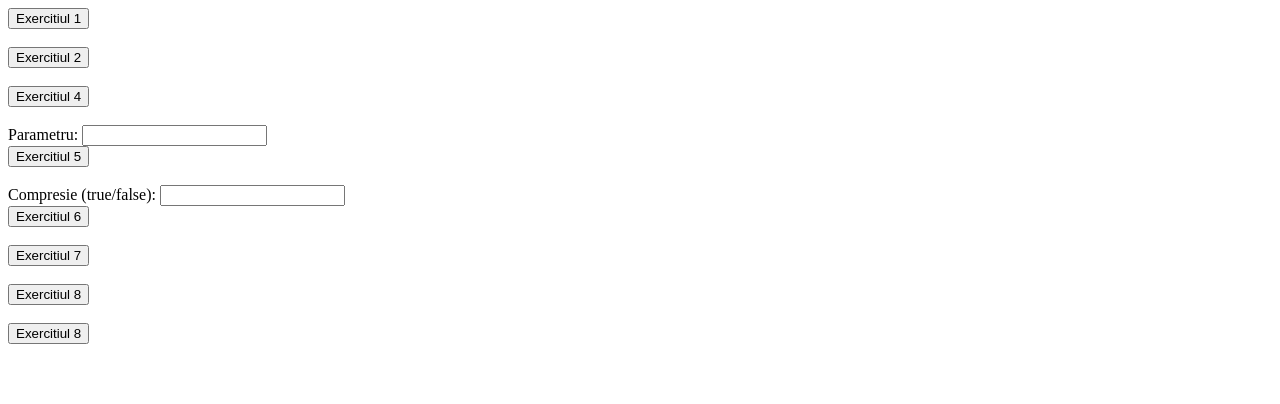
Repository: vladutbutnaru/DentalClinicManagementTool
Page: Laborator/WebContent/index.html
The author's editor kept a copy of each file at every save. The page is drawn from the files as they stood at one save, then again after the next save.
The browser window is 1280 px wide. The pictures show the whole page.

Above is the page before, as saved 2016-10-13 13:24:04.

### Laborator/WebContent/index.html
<!DOCTYPE html>
<html>
<head>
<meta charset="ISO-8859-1">
<title>Exercitii laborator</title>
</head>
<body>
<form action="Index" method="GET">
<input type="submit" value="Exercitiul 1"/>
</form>
<br/>
<form action="Exercise2Servlet" method="POST">
<input type="submit" value="Exercitiul 2"/>
</form>
<br/>
<form action="Exercise4Servlet" method="POST">
<input type="submit" value="Exercitiul 4"/>
</form>
<br/>
<form action="Exercise5Servlet" method="POST">
Parametru: <input type="text"  name = "parameter" id= "parameter"/> <br/>
<input type="submit" value="Exercitiul 5"/>
</form>
<br/>
<form action="Exercise6Servlet" method="POST">
Compresie (true/false): <input type="text"  name = "parameter" id= "parameter"/> <br/>
<input type="submit" value="Exercitiul 6"/>
</form>
<br/>
<form action="Exercise7Servlet" method="GET">
 <input type="hidden" name="page" value="index" />
<input type="submit" value="Exercitiul 7"/>
</form>
<br/>
<form action="Exercise8Servlet" method="GET">

<input type="submit" value="Exercitiul 8"/>
</form>
<br/>
<form action="Exercise8Servlet" method="GET">
 <input type="hidden" name="page" value="index" />
<input type="submit" value="Exercitiul 8"/>
</form>
</body>
</html>

After the next save:
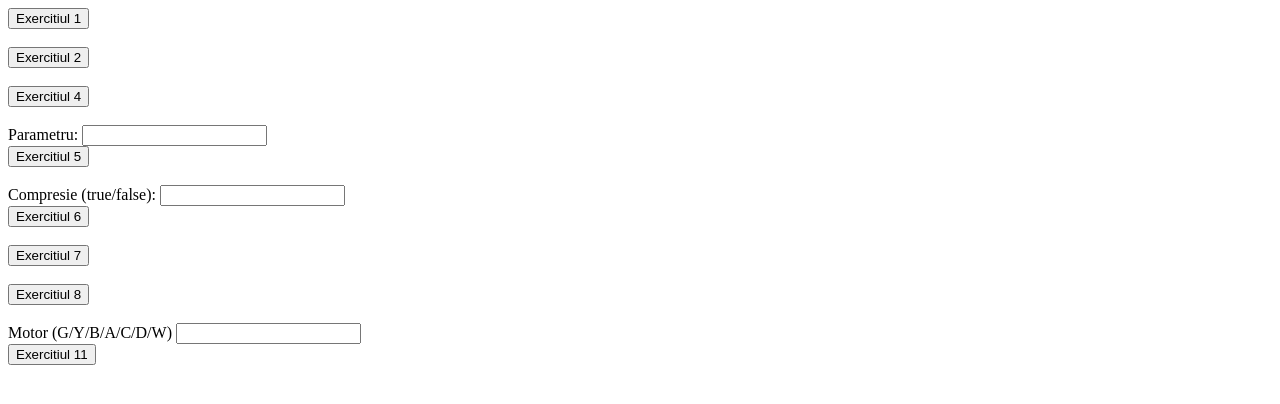
Saved 36 s later.
--- a/Laborator/WebContent/index.html
+++ b/Laborator/WebContent/index.html
@@ -37,9 +37,9 @@ Compresie (true/false): <input type="text"  name = "parameter" id= "parameter"/>
 <input type="submit" value="Exercitiul 8"/>
 </form>
 <br/>
-<form action="Exercise8Servlet" method="GET">
- <input type="hidden" name="page" value="index" />
-<input type="submit" value="Exercitiul 8"/>
+<form action="Exercise11Servlet" method="GET">
+Motor (G/Y/B/A/C/D/W) <input type="text" name="engine" id="engine"/> <br/>
+<input type="submit" value="Exercitiul 11"/>
 </form>
 </body>
 </html>
